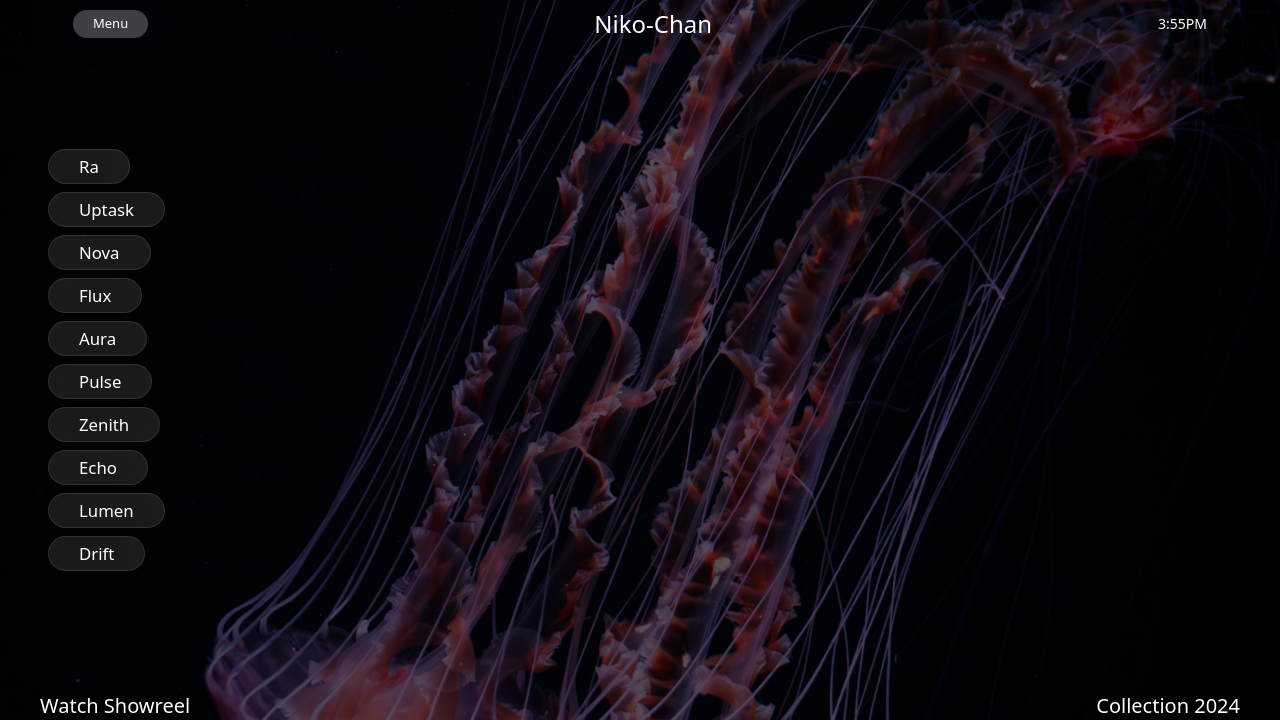
Repository: nikhilsinghrathore1/Niks_indian_local
Page: /
The author's editor kept a copy of each file at every save. The page is drawn from the files as they stood at one save, then again after the next save.
The browser window is 1280 px wide. The pictures show the whole page.
The project was rebuilt for these pictures with package versions that can differ from the ones it lists, and the page was loaded fresh each time. Also part of the build but not shown: vite.config.ts.

Above is the page before, as saved 2024-08-27 11:27:56.

### src/App.tsx
import { useState } from 'react'
import reactLogo from './assets/react.svg'
import viteLogo from '/vite.svg'
import './App.css'
import Landing from './Components/Landing'

function App() {
  const [count, setCount] = useState(0)

  return (
    <>

      <Landing/>
    </>
  )
}

export default App

### src/App.css
@font-face {
               font-family:font1 ;
               src: url("./assets/Fontspring-DEMO-rocgroteskcomp-regular.otf");
}

.f1{
               font-family: font1;
}

.item>p{
               padding: 6px 30px;

               font-weight: lighter;
               background-color: rgba(255, 255, 255, 0.1);
               border-radius: 40px;
               border: 1px solid rgba(255, 255, 255, 0.1);
               backdrop-filter: blur(20px);
               transition: 0.3s;
}

.item>p:hover{
               background: none;
               border: 1px solid rgba(255, 255, 255, 0.25);
}

.preview{
               position: fixed ;
               width: 100% ;
               height: 100% ;
               color: #fff;
               z-index: 1;
}

.preview-bg{
               position: absolute;
               width: 100%;
               pointer-events: none;
               height: 100%;
               opacity: 0.35;
}

.preview-title h1{
               font-weight:  lighter;
               font-size: 80px;
}

.preview p , .preview-description p{
               font-size: 14px;
               line-height: 120%;
}

.preview-varient-1 .preview-img{
               position: absolute;
               bottom: 0;
               right: 0;
               margin: 2em;
               width: 300px;
               height: 400px;
               clip-path: polygon(0% 100%, 100%, 100% , 100% 100% , 0% 100%);

}

.preview-varient-1 .preview-title{
               position: absolute;
               top: 35%;
               left: 25%;
}
.preview-varient-1 .preview-tags{
               position: absolute;
               top: 35%;
               left: 40%;
}

.preview-varient-1 .preview-description{
               width: 250px;
               position: absolute;
               top: 25%;
               right: 25%;
}
.preview-varient-3 .preview-img{
               position: absolute;
               bottom: 10%;
               left: 15%;
               margin: 2em;
               width: 300px;
               height: 400px;
               clip-path: polygon(0% 0%, 0%, 0% , 0% 100% , 0% 100%);

}

.preview-varient-3 .preview-title{
               position: absolute;
               bottom: 40%;
               right: 15%;
}
.preview-varient-3 .preview-tags{
               position: absolute;
               bottom: 20%;
               right: 30%;
}

.preview-varient-3 .preview-description{
               width: 250px;
               position: absolute;
               left: 20%;
               top: 15%;
}
.preview-varient-2 .preview-img{
               position: absolute;
               top: 10%;
               right: 5%;
               margin: 2em;
               width: 300px;
               height: 400px;
               clip-path: polygon(100% 0%, 100%, 0% , 100% 100% , 100% 100%);

}

.preview-varient-2 .preview-title{
               position: absolute;
               bottom: 30%;
               left: 50%;
}
.preview-varient-2 .preview-tags{
               position: absolute;
               top: 25%;
               left: 25%;
}

.preview-varient-3 .preview-description{
               width: 250px;
               position: absolute;
               right: 10%;
               bottom: 15%;
}

### src/Components/Landing.tsx
// Landing.tsx
import { useEffect, useRef } from 'react';
import gsap from 'gsap';
import img1 from '../assets/img1.jpg';
import img2 from '../assets/img2.jpg';
import img3 from '../assets/img3.jpg';
import img4 from '../assets/img4.jpg';
import img5 from '../assets/img5.jpg';
import img6 from '../assets/img6.jpg';
import img7 from '../assets/img7.jpg';
import img8 from '../assets/img8.jpg';
import img9 from '../assets/img9.jpg';
import img10 from '../assets/img10.jpg';
import defaultBg from '../assets/default-bg.jpg';

interface TransformProps {
  x?: number;
  y?: number;
  opacity?: number;
}

type VariantTransform = {
  [key: string]: {
    [elementClass: string]: TransformProps;
  };
};

const mapClasses = [
  'variant-1',
  'variant-2',
  'variant-3',
  'variant-1',
  'variant-2',
  'variant-3',
  'variant-1',
  'variant-2',
  'variant-3',
  'variant-1',
];

const previews = [
  {
    img: img1,
    title: 'Ra',
    tags: 'Futuristic Fashion, Minimal Design',
    description:
      'Exploring the intersection of minimalism and future fashion trends in web design.',
    bg: img1,
  },
  {
    img: img2,
    title: 'Uptask',
    tags: 'Fashion Innovation, Graphic Simplicity',
    description:
      'Innovative fashion web design with a core focus on simplicity and elegance.',
    bg: img2,
  },
  {
    img: img3,
    title: 'Nova',
    tags: 'Space Inspired, Modern Aesthetics',
    description:
      'A modern take on space-inspired designs blending technology and art.',
    bg: img3,
  },
  {
    img: img4,
    title: 'Flux',
    tags: 'Dynamic Layouts, Vibrant Colors',
    description:
      'Dynamic and colorful layouts that capture attention and engage users.',
    bg: img4,
  },
  {
    img: img5,
    title: 'Aura',
    tags: 'Serene Designs, Pastel Themes',
    description:
      'Creating calm and soothing user experiences through pastel-themed designs.',
    bg: img5,
  },
  {
    img: img6,
    title: 'Pulse',
    tags: 'Energetic Vibes, Bold Typography',
    description:
      'Harnessing energy and movement with bold typography and striking visuals.',
    bg: img6,
  },
  {
    img: img7,
    title: 'Zenith',
    tags: 'Peak Performance, Sleek Interfaces',
    description:
      'Designs focused on peak performance and sleek, intuitive interfaces.',
    bg: img7,
  },
  {
    img: img8,
    title: 'Echo',
    tags: 'Repetitive Patterns, Minimalist Touch',
    description:
      'Utilizing repetitive patterns to create harmony and balance in design.',
    bg: img8,
  },
  {
    img: img9,
    title: 'Lumen',
    tags: 'Light Themes, Clarity Focused',
    description:
      'Emphasizing clarity and readability through light-themed designs.',
    bg: img9,
  },
  {
    img: img10,
    title: 'Drift',
    tags: 'Fluid Movements, Abstract Forms',
    description:
      'Incorporating fluid movements and abstract forms for a unique user experience.',
    bg: img10,
  },
];

const Landing: React.FC = () => {
  const containerRef = useRef<HTMLDivElement>(null);
  const previewBgRef = useRef<HTMLDivElement>(null);
  const itemsRef = useRef<Array<HTMLDivElement | null>>([]);

  useEffect(() => {
    const defaultClipPath: { [key: string]: string } = {
      'variant-1': 'polygon(0% 100%, 100% 100%, 100% 100%, 0% 100%)',
      'variant-2': 'polygon(100% 0%, 100% 0%, 100% 100%, 100% 100%)',
      'variant-3': 'polygon(0% 0%, 0% 0%, 0% 100%, 0% 100%)',
    };

    const variantTransform: VariantTransform = {
      'variant-1': {
        title: { x: 75, opacity: 0 },
        tags: { y: -75, opacity: 0 },
        description: { x: -75, opacity: 0 },
      },
      'variant-2': {
        title: { x: -75, opacity: 0 },
        tags: { y: -75, opacity: 0 },
        description: { y: 75, opacity: 0 },
      },
      'variant-3': {
        title: { x: 75, opacity: 0 },
        tags: { y: 75, opacity: 0 },
        description: { x: 75, opacity: 0 },
      },
    };

    const getDefaultClipPath = (previewElement: HTMLDivElement): string => {
      for (const variant in defaultClipPath) {
        if (previewElement.classList.contains(variant)) {
          return defaultClipPath[variant];
        }
      }
      return 'polygon(100% 0%, 0% 0%, 0% 100%, 100% 100%)';
    };

    const applyVariantStyle = (
      previewElement: HTMLDivElement,
      reset: boolean = false
    ) => {
      const variant = mapClasses[Array.from(previewElement.classList).findIndex(cls => cls.startsWith('variant-'))];
      if (variant && variantTransform[variant]) {
        Object.entries(variantTransform[variant]).forEach(
          ([elementClass, transform]) => {
            const element = previewElement.querySelector(
              `.preview-${elementClass}`
            ) as HTMLElement;
            if (element) {
              gsap.set(element, reset ? transform : { x: 0, y: 0, opacity: 1 });
            }
          }
        );
      }
    };

    const changeBg = (newImgSrc: string) => {
      if (previewBgRef.current) {
        gsap.to(previewBgRef.current, {
          backgroundImage: `url(${newImgSrc})`,
          duration: 0.5,
          ease: 'power3.out',
        });
      }
    };

    // Create preview elements
    previews.forEach((preview, index) => {
      const previewElement = document.createElement('div');
      previewElement.className = `preview ${mapClasses[index]} preview-${index + 1}`;
      previewElement.style.opacity = '0';
      previewElement.style.position = 'absolute';
      previewElement.style.top = '50%';
      previewElement.style.left = '50%';
      previewElement.style.transform = 'translate(-50%, -50%)';
      previewElement.style.pointerEvents = 'none';
      previewElement.innerHTML = `
        <div class="preview-img">
          <img src="${preview.img}" alt="${preview.title}" />
        </div>
        <div class="preview-title">
          <h1>${preview.title}</h1>
        </div>
        <div class="preview-tags">
          <p>${preview.tags}</p>
        </div>
        <div class="preview-description">
          <p>${preview.description}</p>
        </div>
      `;
      if (containerRef.current) {
        containerRef.current.appendChild(previewElement);
        applyVariantStyle(previewElement, true);
      }
    });

    let activePreview: HTMLDivElement | null = null;

    itemsRef.current.forEach((item, index) => {
      if (item) {
        item.addEventListener('mouseenter', () => {
          const newBg = previews[index].bg;
          changeBg(newBg);

          const newActivePreview = containerRef.current?.querySelector(
            `.preview-${index + 1}`
          ) as HTMLDivElement;

          if (activePreview && activePreview !== newActivePreview) {
            gsap.to(activePreview, {
              opacity: 0,
              duration: 0.5,
              ease: 'power3.out',
              onComplete: () => applyVariantStyle(activePreview!, true),
            });
          }

          gsap.to(newActivePreview, {
            opacity: 1,
            duration: 0.5,
            ease: 'power3.out',
            onStart: () => applyVariantStyle(newActivePreview, false),
          });

          activePreview = newActivePreview;
        });

        item.addEventListener('mouseleave', () => {
          if (activePreview) {
            gsap.to(activePreview, {
              opacity: 0,
              duration: 0.5,
              ease: 'power3.out',
              onComplete: () => applyVariantStyle(activePreview!, true),
            });
            activePreview = null;
            changeBg(defaultBg);
          }
        });
      }
    });

    // Set initial background
    changeBg(defaultBg);
  }, []);

  return (
    <div className='w-full h-screen overflow-hidden fixed text-white bg-black'>
      {/* Nav Bar */}
      <nav className='w-full fixed flex pt-2 items-center justify-around gap-[300px]  z-50'>
        <div className='menu-btn w-fit bg-zinc-700 rounded-full backdrop-blur-md px-5 py-1 cursor-pointer'>
          <h1 className='text-[13px]'>Menu</h1>
        </div>
        <div className='logo  text-2xl'>
          <h1>Niko-Chan</h1>
        </div>
        <div className='local-time text-sm'>
          <h1>3:55PM</h1>
        </div>
      </nav>

      {/* Footer */}
      <div className='footer fixed px-10 bottom-0 text-xl flex items-center justify-between w-full z-50'>
        <p>Watch Showreel</p>
        <p>Collection 2024</p>
      </div>

      {/* Items List */}
      <div
        className='items fixed w-1/3 h-full flex flex-col px-12 text-2xl leading-tight capitalize justify-center z-30'
        >
        {previews.map((preview, index) => (
          <div
            key={index}
            className='item w-fit py-1  text-[0.7em] cursor-pointer'
            ref={(el) => (itemsRef.current[index] = el)}
          >
            <p >{preview.title}</p>
          </div>
        ))}
      </div>

      {/* Preview Background */}
      <div
        className='preview-bg fixed top-0 left-0 w-full h-full bg-cover bg-center z-10 transition-all duration-500 ease-out'
        ref={previewBgRef}
      ></div>

      {/* Preview Container */}
      <div
        className='preview-container fixed top-0 left-0 w-full h-full pointer-events-none z-20'
        ref={containerRef}
      ></div>
    </div>
  );
};

export default Landing;

Loaded but not shown: index.html (common file); src/main.tsx (common file); src/index.css (common file); tailwind.config.js (common file)

After the next save:
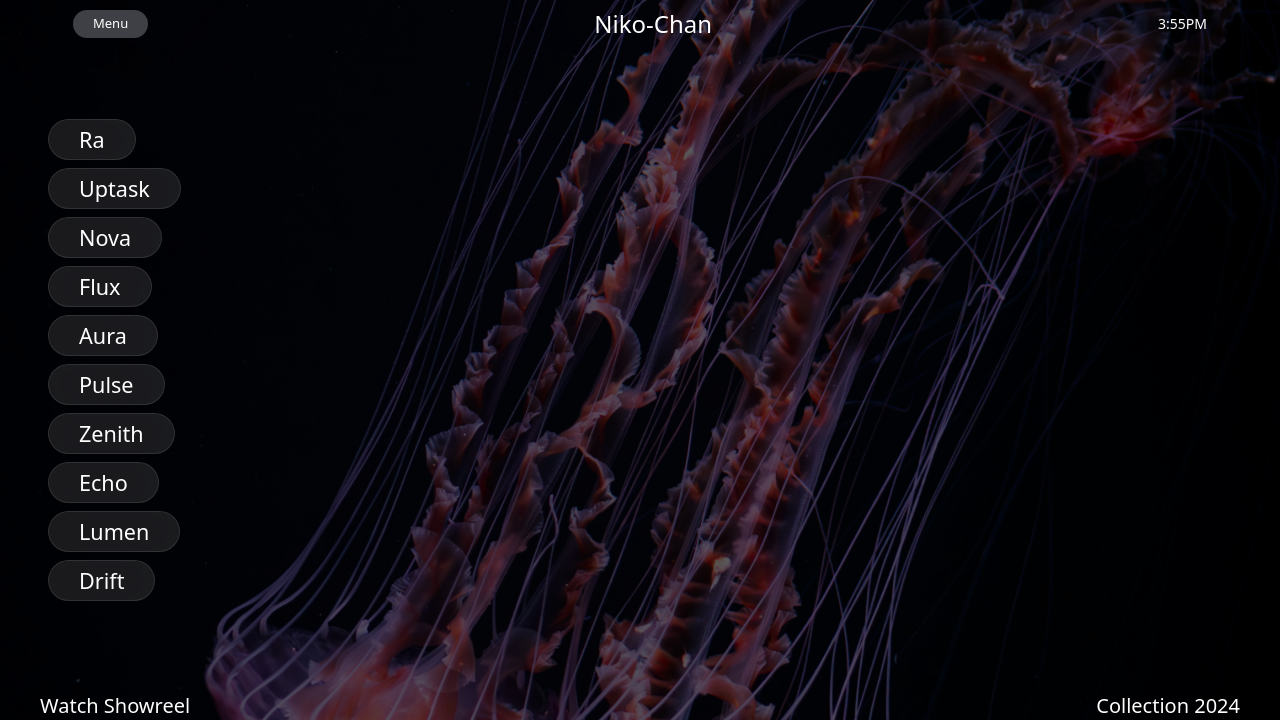
Saved 7 s later.
--- a/src/Components/Landing.tsx
+++ b/src/Components/Landing.tsx
@@ -297,7 +297,7 @@ const Landing: React.FC = () => {
         {previews.map((preview, index) => (
           <div
             key={index}
-            className='item w-fit py-1  text-[0.7em] cursor-pointer'
+            className='item w-fit py-1  text-[0.9em] cursor-pointer'
             ref={(el) => (itemsRef.current[index] = el)}
           >
             <p >{preview.title}</p>
